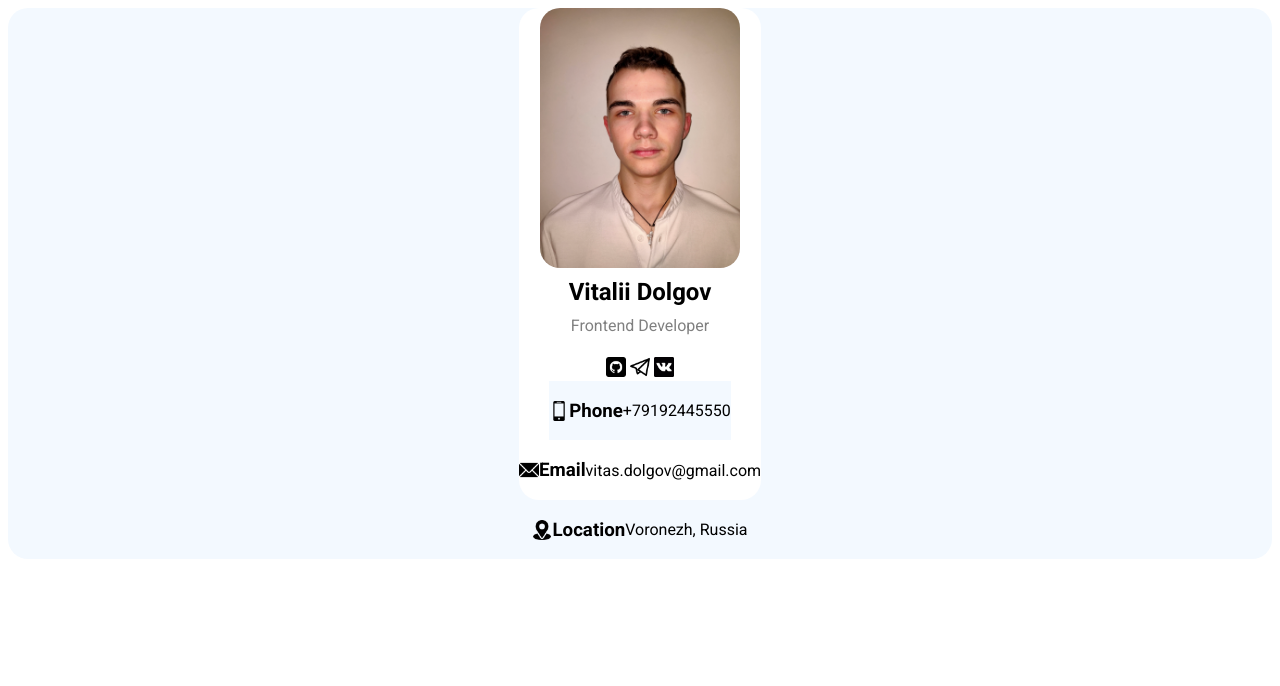
Repository: VitasYo/User_card
Page: src/index.html
These files come from the project's save history. The page is drawn as it stood at one moment and after the next save; the edit follows.
The browser window is 1280 px wide. The pictures show the whole page.

Above is the page before, as saved 2024-04-09 19:54:54.

### src/index.html
<!DOCTYPE html>
<html lang="ru">
  <head>
    <meta charset="UTF-8" />
    <meta name="viewport" content="width=device-width, initial-scale=1.0" />
    <title>First html</title>
    <link rel="stylesheet" href="../assets/css/index.css" />
    <script src="script.js"></script>
  </head>
  <body>
    <section class="container">
      <div class="container_card">
        <img class="avatar" src="../assets/img/Фото.jpg" alt="" />
        <div class="user-info">
          <h1>Vitalii Dolgov</h1>
          <div class="position">Frontend Developer</div>
        </div>
        <div>
          <a href="#"
            ><img class="icon" src="../assets/img/github.png" alt="github"
          /></a>
          <a href="#"
            ><img class="icon" src="../assets/img/telegram.png" alt="telegram"
          /></a>
          <a href="#"
            ><img class="icon" src="../assets/img/vk.png" alt="vk"
          /></a>
        </div>
        <div class="items_card">
          <div class="items_string">
            <img class="card_icon" src="../assets/img/phone.png" />
            <div class="card_info"></div>
                <div><h3>Phone</h3></div>
                <div><p>+79192445550</p></div>
            </div>
          </div>
          <div class="items_string">
            <img class="card_icon" src="../assets/img/email.png" />
            <div class="card_info"></div>
                <div><h3>Email</h3></div>
                <div><p>vitas.dolgov@gmail.com</p></div>
            </div>
          </div>
          <div class="items_string">
            <img class="card_icon" src="../assets/img/location.png" />
            <div class="card_info"></div>
                <div><h3>Location</h3></div>
                <div><p>Voronezh, Russia</p></div>
            </div>
          </div>
        </div>
      </div>
    </section>
  </body>
</html>

### assets/css/index.css
@import url("https://fonts.googleapis.com/css2?family=Roboto:ital,wght@0,100;0,300;0,400;0,500;0,700;0,900;1,100;1,300;1,400;1,500;1,700;1,900&display=swap");
* {
  font-family: "Roboto", sans-serif;
}

.container h1 {
  margin-top: 10px;
  margin-bottom: 0;
}

.container {
  display: flex;
  flex-direction: column;
  align-items: center;
  background-color: rgb(243, 249, 255);
  border-radius: 20px;
}

.container_card {
  display: flex;
  flex-direction: column;
  align-items: center;
  background-color: white;
  border-radius: 20px;
}

.position {
  color: gray;
}

.avatar {
  width: 200px;
  height: 260px;
  border-radius: 20px;
}

.user-info {
  margin-bottom: 22px;
  display: flex;
  flex-direction: column;
  align-items: center;
  gap: 10px;
}

.icon {
  width: 20px;
  height: 20px;
}

.card_icon {
  width: 20px;
  height: 20px;
}

.items_card {
  background-color: rgb(243, 249, 255);
}

.items_string {
  justify-content: center;
  align-items: center;
  display: flex;
  border-bottom: 1px;
  border-width: 1px;
}

Loaded but not shown: src/script.js (no stored copy; drawn as an empty file)

After the next save:
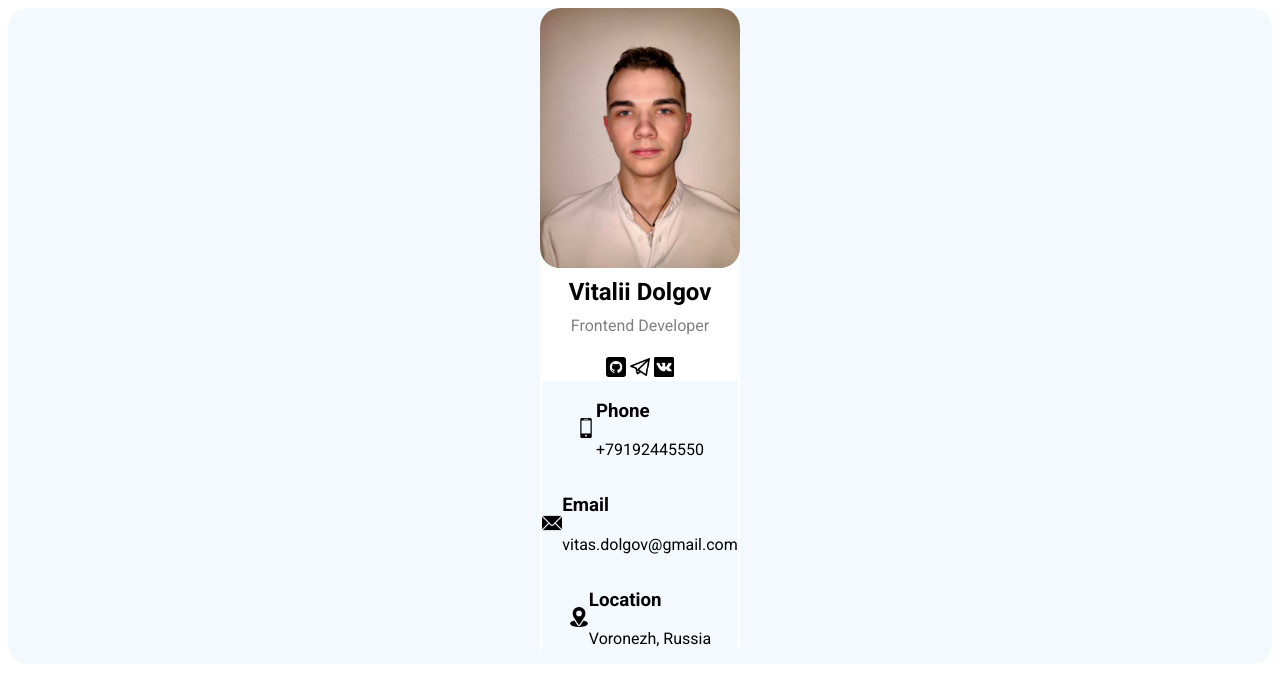
Saved 57 s later.
--- a/src/index.html
+++ b/src/index.html
@@ -29,23 +29,23 @@
         <div class="items_card">
           <div class="items_string">
             <img class="card_icon" src="../assets/img/phone.png" />
-            <div class="card_info"></div>
-                <div><h3>Phone</h3></div>
-                <div><p>+79192445550</p></div>
+            <div class="card_info">
+              <div><h3>Phone</h3></div>
+              <div><p>+79192445550</p></div>
             </div>
           </div>
           <div class="items_string">
             <img class="card_icon" src="../assets/img/email.png" />
-            <div class="card_info"></div>
-                <div><h3>Email</h3></div>
-                <div><p>vitas.dolgov@gmail.com</p></div>
+            <div class="card_info">
+              <div><h3>Email</h3></div>
+              <div><p>vitas.dolgov@gmail.com</p></div>
             </div>
           </div>
           <div class="items_string">
             <img class="card_icon" src="../assets/img/location.png" />
-            <div class="card_info"></div>
-                <div><h3>Location</h3></div>
-                <div><p>Voronezh, Russia</p></div>
+            <div class="card_info">
+              <div><h3>Location</h3></div>
+              <div><p>Voronezh, Russia</p></div>
             </div>
           </div>
         </div>
